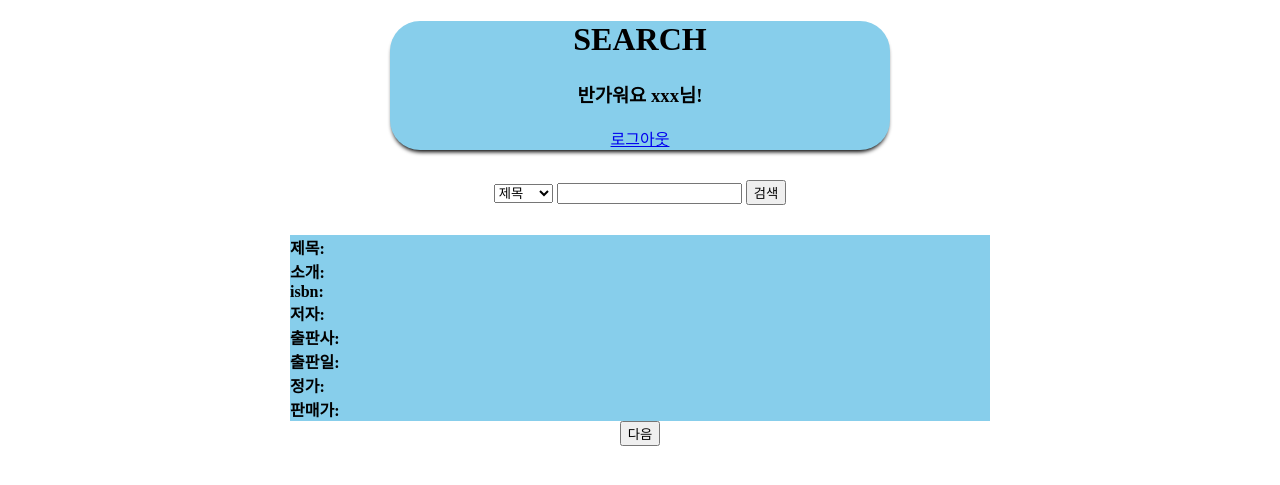
Repository: ChoHyeonKi/prj-workspace
Page: http://localhost/books/search
An editor plug-in stored every save of this project. The page is shown before and after the next save, followed by the edit.
The browser window is 1280 px wide. The pictures show the whole page.
The page is this project's Thymeleaf template; nobody is signed in. The template is opened directly, without the code that normally fills it, so the values that code supplies are empty.

Above is the page before, as saved 2022-10-09 07:25:56.

After the next save:
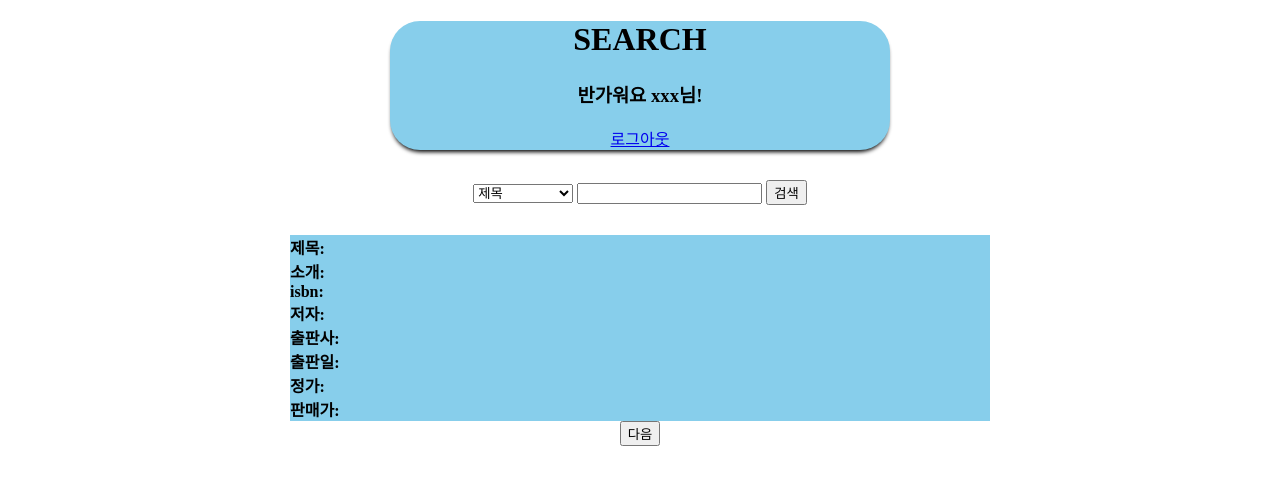
Saved 24 s later.
--- a/bookSearch/src/main/resources/templates/books/search.html
+++ b/bookSearch/src/main/resources/templates/books/search.html
@@ -50,7 +50,7 @@
 
 	<div class="searchForm" style="display:block; text-align: center; margin-top: 30px;">
 
-		<select id="titlekeyword" value="">
+		<select id="titlekeyword" value="" style= "width: 100px;">
 		<option>제목</option>
 		<option>소개</option>
 		<option>ISBN</option>
